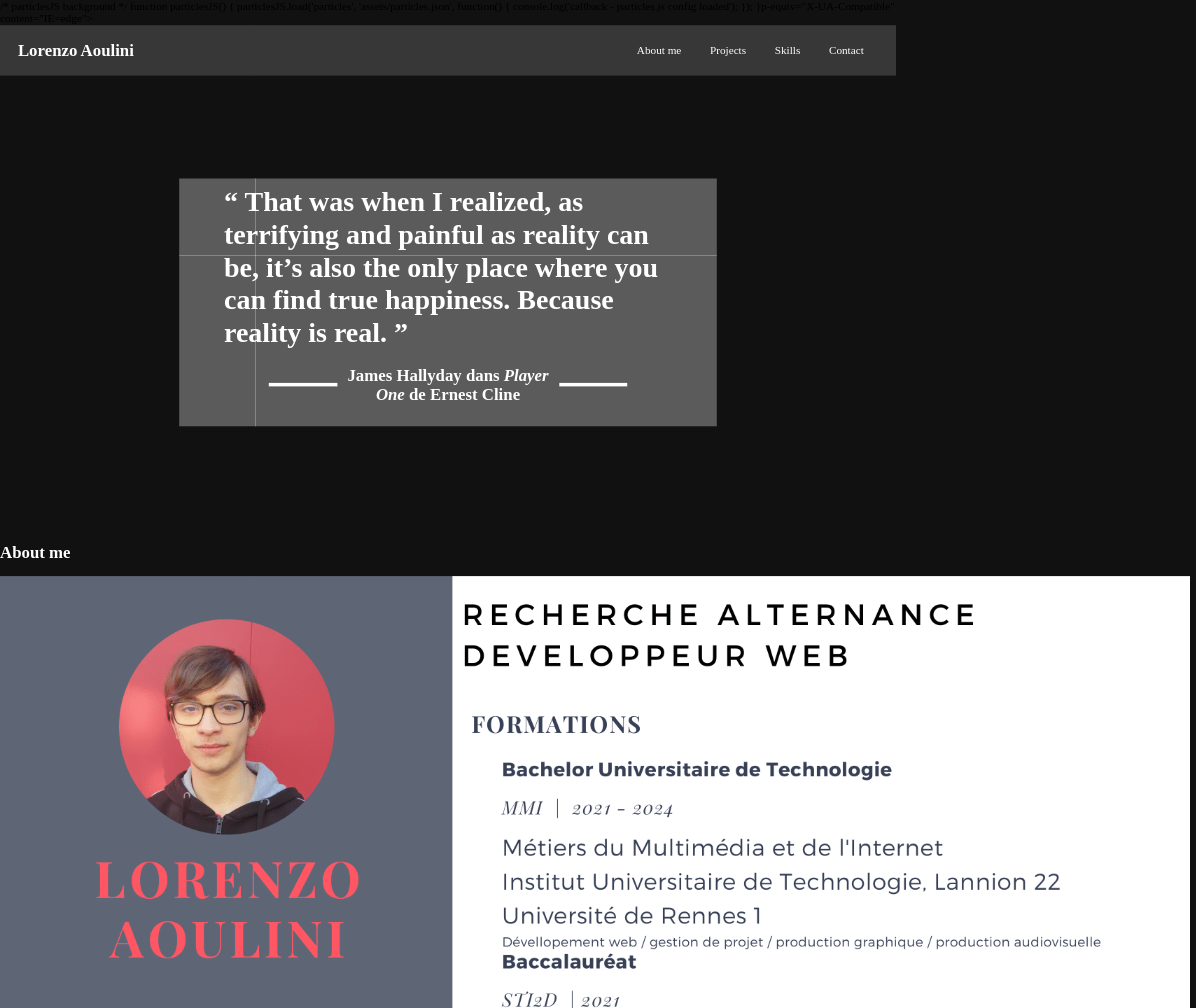
Repository: lolo298/lolo298.github.io
Page: index.html
These files come from the project's save history. The page is drawn as it stood at one moment and after the next save; the edit follows.
The browser window is 1280 px wide. The page is 1700 px wide, then 1708 px, so the pictures cover 1708 px, including what lies to the right of the window. The pictures show the part of the page from y = 0 to 1440 px (the page is 3075 px tall before and 2552 px after), at 70% of full size.

Above is the page before, as saved 2022-05-11 12:35:18.
Console error: TypeError: Cannot read properties of null (reading 'getElementsByClassName')

After the next save:
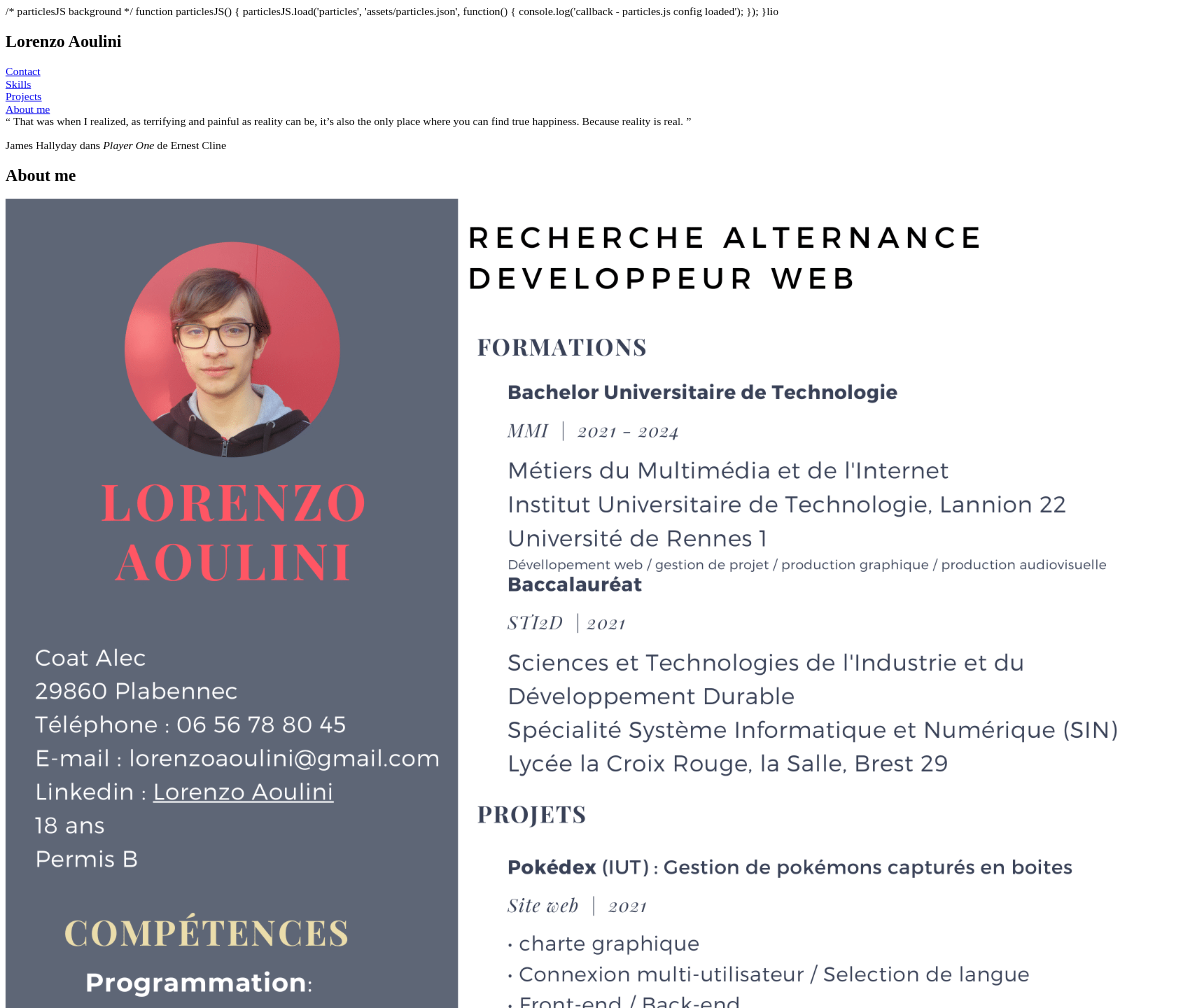
The error is gone.
Saved 23 s later.
--- a/index.html
+++ b/index.html
@@ -1,15 +1,10 @@
- /* particlesJS background */ function particlesJS() { particlesJS.load('particles', 'assets/particles.json', function() { console.log('callback - particles.js config loaded'); }); }p-equiv="X-UA-Compatible" content="IE=edge">
-<meta name="viewport" content="width=device-width, initial-scale=1.0">
-<link rel="stylesheet" href="css/style.css">
-<script src="js/functions.js"></script>
-<script src="js/particles.js"></script>
-<title>Portfolio</title>
+ /* particlesJS background */ function particlesJS() { particlesJS.load('particles', 'assets/particles.json', function() { console.log('callback - particles.js config loaded'); }); }lio
+</title>
 </head>
 
 <body>
     <div id="particles"></div>
     <script>
-        particlesJS();
     </script>
     <div class="main-container">
         <nav class="main-navbar">
